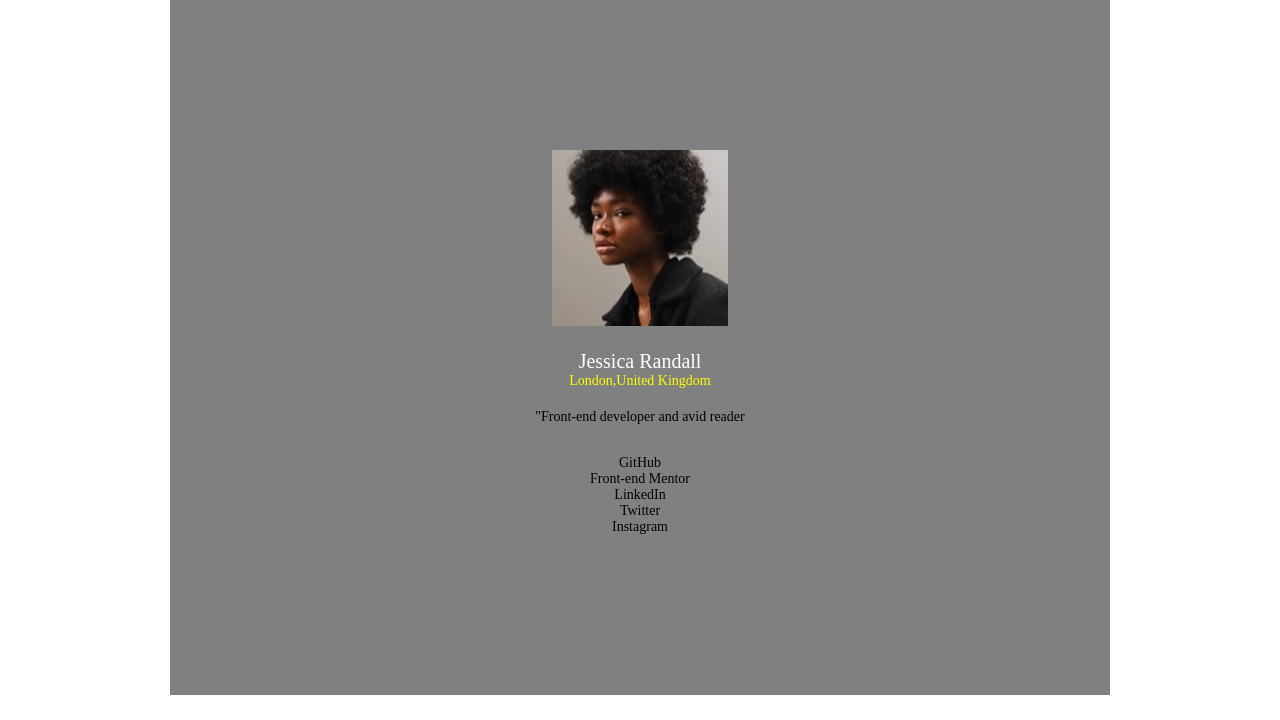
Repository: JosephAbatan05/Social-links-profile
Page: social-links-profile-main/index.html
These files come from the project's save history. The page is drawn as it stood at one moment and after the next save; the edit follows.
The browser window is 1280 px wide. The pictures show the whole page.

Above is the page before, as saved 2025-01-23 14:18:18.

After the next save:
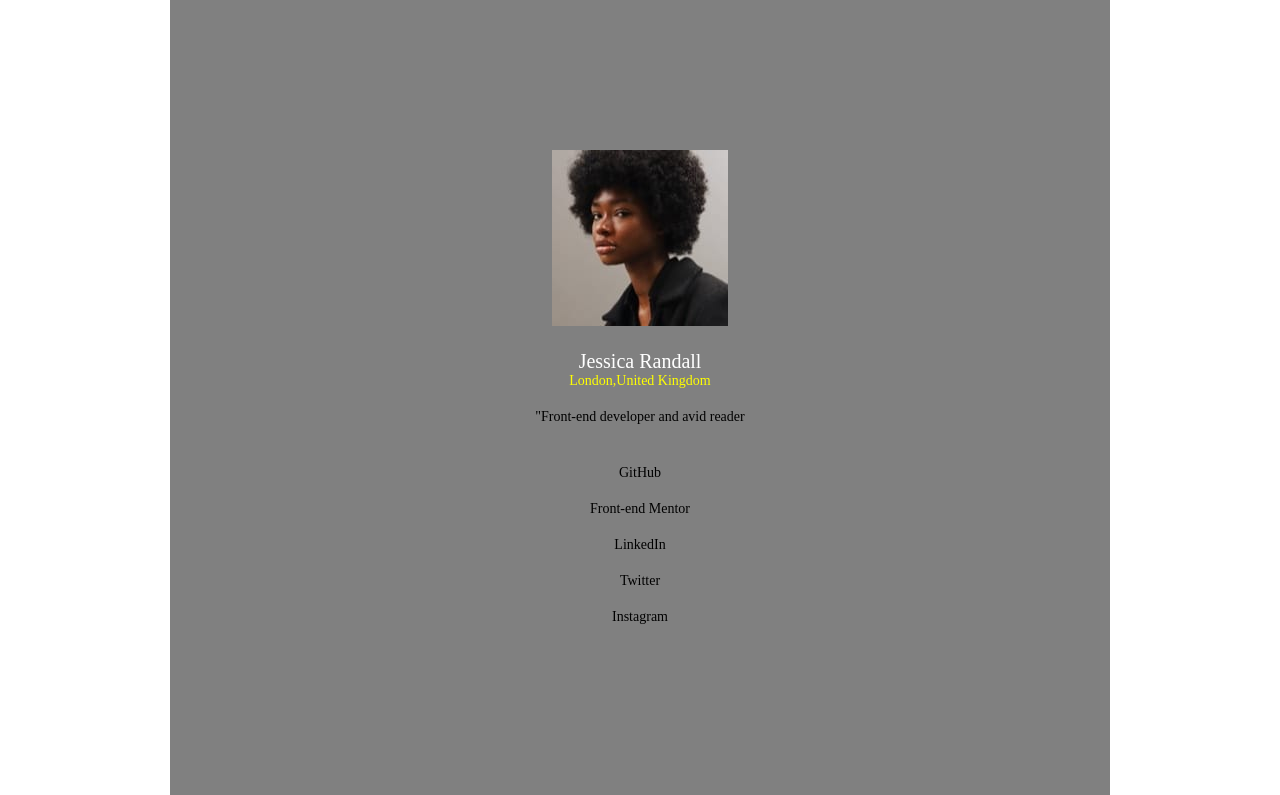
Saved 10 s later.
--- a/social-links-profile-main/styles.css
+++ b/social-links-profile-main/styles.css
@@ -33,6 +33,6 @@ body{
     text-align: center;
 }
 
-.fa-links-container a{
+.fa-links-container div{
     padding:10px;
 }
